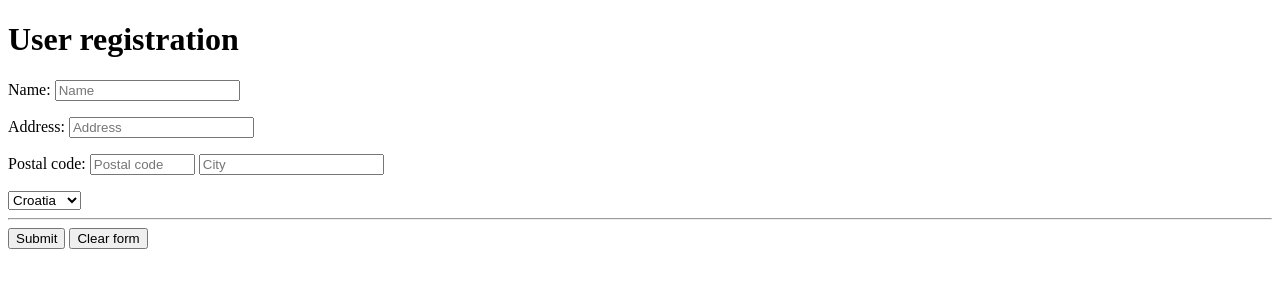
Repository: Filip-Husic/AW_frontend
Page: ex3Forms.html
An editor plug-in stored every save of this project. The page is shown before and after a run of saves, followed by the edit.
The browser window is 1280 px wide. The pictures show the whole page.

Above is the page before, as saved 2022-11-23 11:36:45.

After the next 5 saves:
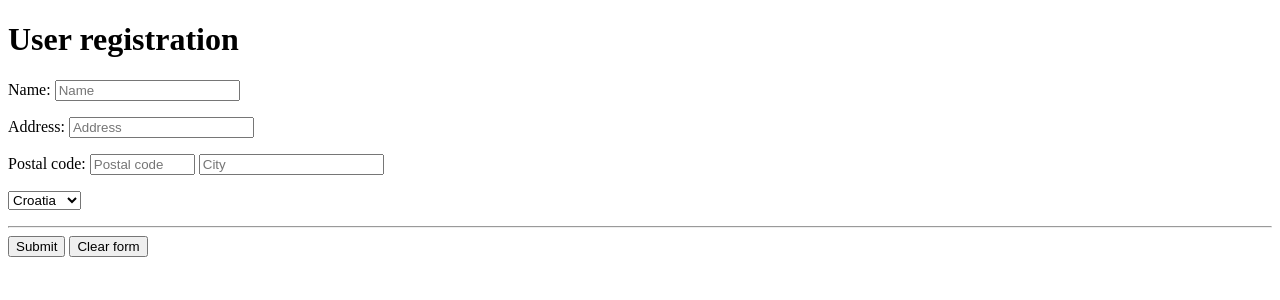
The 5 saves are shown as one change because they came seconds apart.
The last was saved 15 s later.
--- a/ex3Forms.html
+++ b/ex3Forms.html
@@ -22,13 +22,15 @@
             <input type="text" id="pc" name="pc" size="10" maxlength="10" placeholder="Postal code" required>
             <input type="text" id="pc_city" name="pc_city" size="20" maxlength="20" placeholder="City" required>
         </p>
-        <select name="country" id="country"> Co
+        <p>
+        <select name="country" id="country">
             <option value="hr">Croatia</option>
             <option value="pt">Portugal</option>
             <option value="sk">Slovakia</option>
             <option value="it">Italy</option>
 
         </select>
+        </p>
 
         <hr>
 
